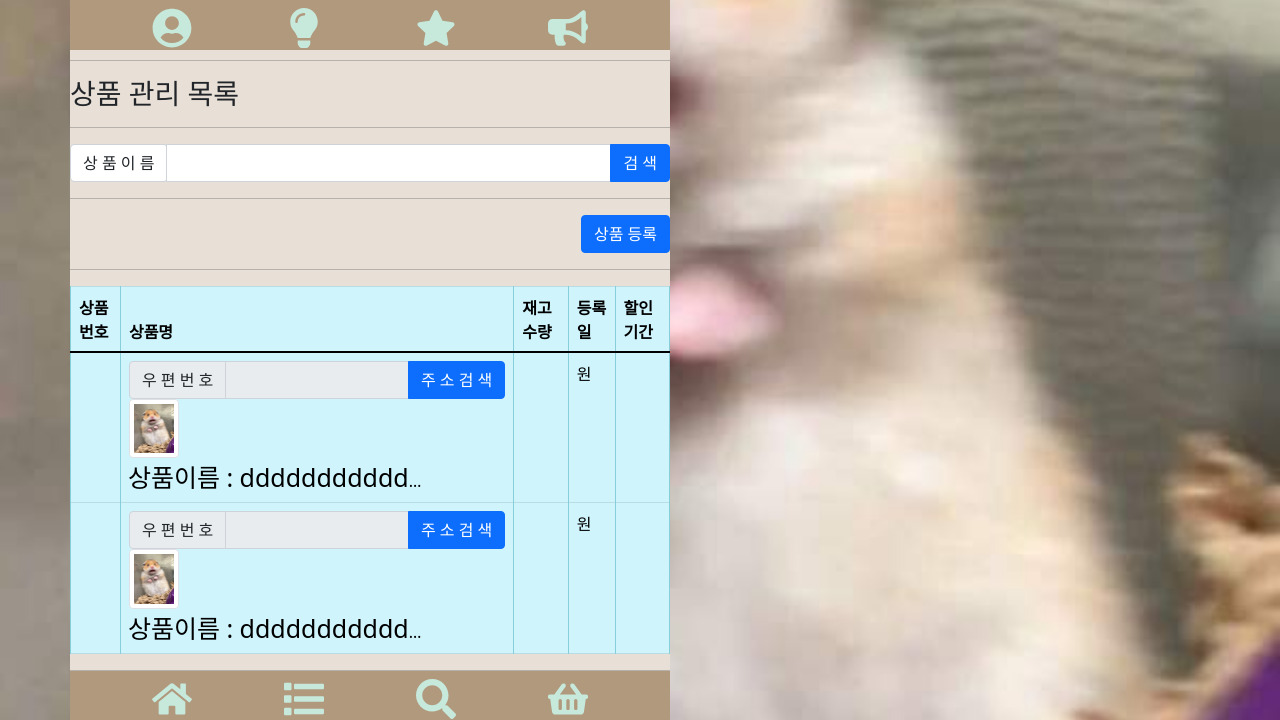
Repository: heegyu97/project
Page: http://localhost/0801_mvc2/WEB-INF/views/seller/productList.jsp
An editor plug-in stored every save of this project. The page is shown before and after a run of saves, followed by the edit.
The browser window is 1280 px wide. The pictures show the whole page.
An inner scrolling area shows only its first screen. Some web libraries are served in a nearby version. The page is served by Tomcat 9. Nobody is signed in. The template is opened directly, without the code that normally fills it, so the values that code supplies are empty.

Above is the page before, as saved 2022-08-11 08:20:13.

After the next 3 saves:
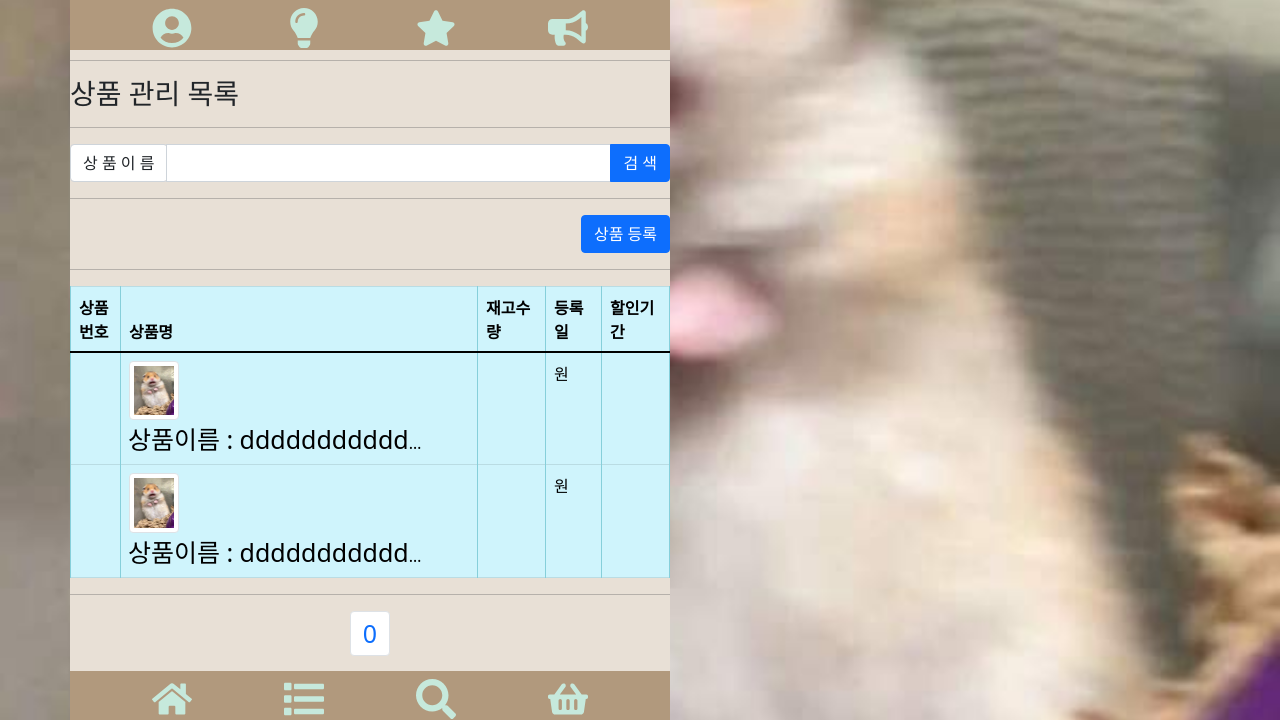
The 3 saves are shown as one change because they came seconds apart.
The last was saved 21 s later.
--- a/0801_mvc2/src/main/webapp/WEB-INF/views/seller/productList.jsp
+++ b/0801_mvc2/src/main/webapp/WEB-INF/views/seller/productList.jsp
@@ -69,12 +69,6 @@
 						</td>
 						<td><%-- 썸네일 ${dto.thumbnail_path} --%>
 							<div class="input-group">
-								<span class="input-group-text"> 우 편 번 호 </span>
-								<input type="text" id="post_code" name="post_code" readonly="readonly" class="form-control">
-								<button id="addr_btn" class="btn btn-primary">주 소 검 색</button>
-							</div>
-
-							<div class="input-group">
 								<a class="input-group" href="${pageContext.request.contextPath}/guest/detail">
 									<img src="${pageContext.request.contextPath}/resources/img/bg.jpeg"
 										width="50px" height="50px" class="img-thumbnail ">
